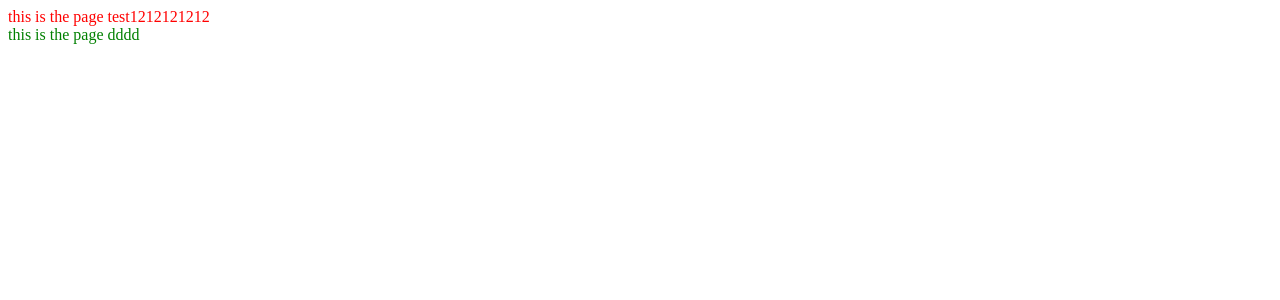
Repository: jasontianxie/huatian-mock-react-demo
Page: /
These files come from the project's save history. The page is drawn as it stood at one moment and after the next save; the edit follows.
The browser window is 1280 px wide. The pictures show the whole page.
The project was rebuilt for these pictures with package versions that can differ from the ones it lists, and the page was loaded fresh each time. Also part of the build but not shown: webpack.config.js.

Above is the page before, as saved 2017-04-20 14:51:38.

After the next save:
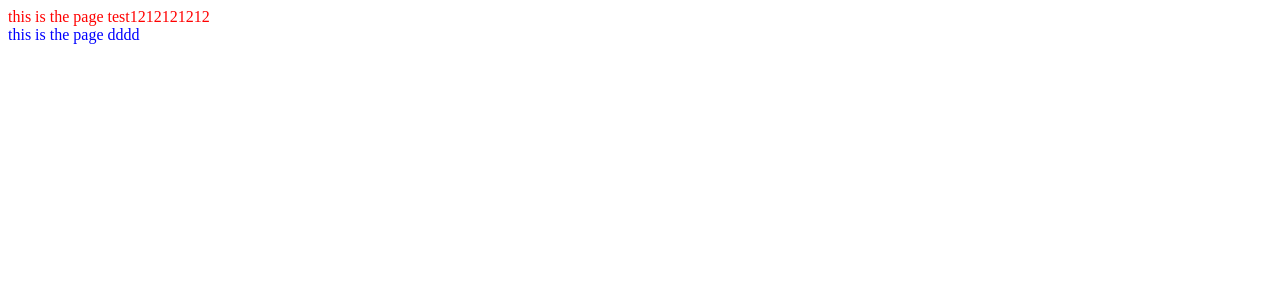
Saved 63 s later.
--- a/pages/main/main.scss
+++ b/pages/main/main.scss
@@ -1,3 +1,3 @@
 .main-aaa{
-  color: green;
+  color: blue;
 }

After the save that followed:
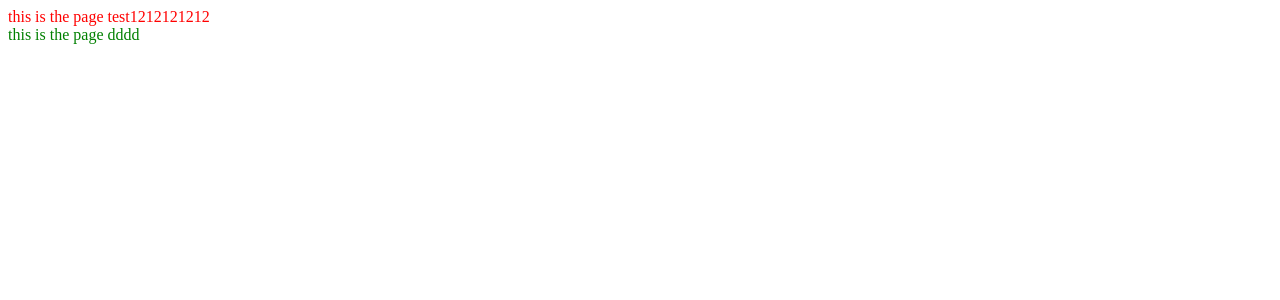
Saved 11 s later.
--- a/pages/main/main.scss
+++ b/pages/main/main.scss
@@ -1,3 +1,3 @@
 .main-aaa{
-  color: blue;
+  color: green;
 }
